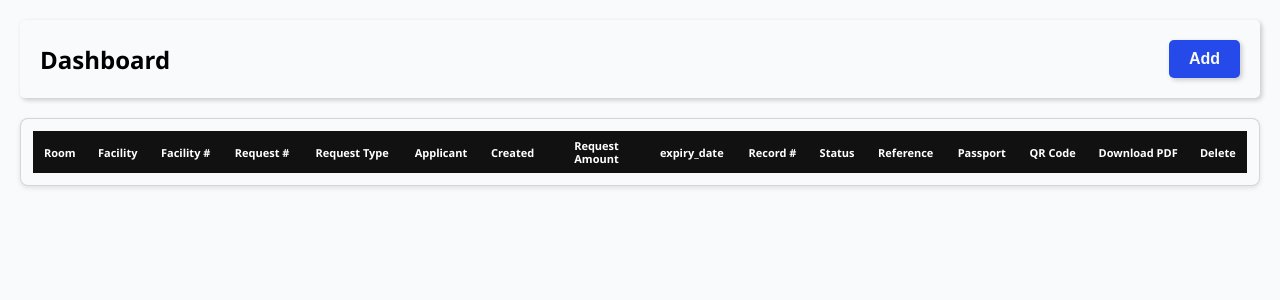
Repository: irfan-shah-sherani/Travel-Tour
Page: public/index.html
The author's editor kept a copy of each file at every save. The page is drawn from the files as they stood at one save, then again after a run of saves.
The browser window is 1280 px wide. The pictures show the whole page.
The page's requests for data from a server got no answer.

Above is the page before, as saved 2025-07-11 04:52:26.

### public/index.html
<!DOCTYPE html>
<html lang="en">

<head>
  <meta charset="UTF-8" />
  <meta name="viewport" content="width=device-width, initial-scale=1.0" />
  <title>Dashboard</title>
  <link rel="stylesheet" href="index.css" />
  <!-- <link
      rel="stylesheet"
      href="/public/Dashboard.css"
      integrity="sha512-..."
      crossorigin="anonymous"
      referrerpolicy="no-referrer"
    /> -->
</head>

<body>
  <main>
    <!-- main content -->
    <div class="main-content">
      <!-- TOP-nav -->
      <nav class="main-nav">
        <div class="page-name">
          <i class="fas fa-bars"></i>
          <p>Dashboard</p>
        </div>
        <div class="button">
          <button id="addPersonBtn">Add</button>
        </div>
      </nav>

      <!-- main content  end -->
      <div class="table-container">
        <table>
          <tr>
            <th>Room</th>
          <th>Facility</th>
          <th>Facility #</th>
          <th>Request #</th>
          <th>Request Type</th>
          <th>Applicant</th>
          <th>Created</th>
          <th>Request Amount</th>
          <th>expiry_date</th>
          <th>Record #</th>
          <th>Status</th>
          <th>Reference</th>
          <th>Passport</th>
          <th>QR Code</th>
          <th>Download PDF</th>
          <th>Delete</th>
          </tr>
          <tbody id="person-table-body">
            <!-- JS will populate this -->
          </tbody>
        </table>

        <!-- ✅ Place script here -->
        <script>
  fetch("/api/")
    .then((res) => res.json())
    .then((data) => {
      const tbody = document.getElementById("person-table-body");
      tbody.innerHTML = "";
      data.forEach((record) => {
        const tr = document.createElement("tr");
        tr.innerHTML = `
          <td>${record.record_id}</td>
          <td>${record.room_name}</td>
          <td>${record.facility_name}</td>
          <td>${record.facility_number}</td>
          <td>${record.request_number}</td>
          <td>${record.request_type}</td>
          <td>${record.applicant_name}</td>
          <td>${record.creation_date}</td>
          <td>${record.request_amount}</td>
          <td>${record.expiry_date}</td>
          <td>${record.record_number}</td>
          <td>${record.request_status}</td>
          <td>${record.reference_number}</td>
          <td>${record.passport_number}</td>
          <td>${record.qrcode_url ? `<img src="${record.qrcode_url}" class="qr-img" alt="QR Code">` : "No QR"}</td>
          <td>
            <a href="/api/download-pdf?token=${record.qr_token}">
              <button type="button">Download PDF</button>
            </a>
          </td>
          <td>
            <form action="/delete/${record.qr_token}" method="POST" onsubmit="return confirm('Are you sure you want to delete this record?');">
              <button type="submit">Delete</button>
            </form>
          </td>
        `;

                tbody.appendChild(tr);
              });
            });
        </script>
        </table>
      </div>

      <!-- Trigger Button OUTSIDE -->
      <!-- Add Room Form (initially hidden in CSS or JS) -->
      <div class="add-new add-new-person">
        <h2 class="form-title">Add New Person</h2>
        <form class="person-form" action="/" method="POST">
          <div class="inputForm">
            <!-- Left Side -->
            <div class="left-side">
              <div class="form-group">
                <label for="room_number">Room No </label>
                <input type="text" id="room_number" name="room_number" required />
              </div>

              <div class="form-group">
                <label for="facility_name">Facility Name </label>
                <input type="text" id="facility_name" name="facility_name" required />
              </div>

              <div class="form-group">
                <label for="facility_number">Facility number </label>
                <input type="text" id="facility_number" name="facility_number" required />
              </div>

              <div class="form-group">
                <label for="request_number">Request number </label>
                <input type="number" id="request_number" name="request_number" step="0.01" required />
              </div>

              <div class="form-group">
                <label for="request_type">Request Type</label>
                <input type="text" id="request_type" name="request_type" required />
              </div>
            </div>

            <!-- Center Side -->
            <div class="center-side">
              <div class="form-group">
                <label for="applicant">Applicant</label>
                <input type="text" id="applicant" name="applicant" />
              </div>

              <div class="form-group">
                <label for="created">Created</label>
                <input type="text" id="created" name="created" />
              </div>

              <div class="form-group">
                <label for="amount">Amount</label>
                <input type="text" id="amount" name="amount" />
              </div>

              <div class="form-group">
                <label for="expiry">Expiry</label>
                <input type="text" id="expiry" name="expiry" />
              </div>

              <div class="form-group">
                <label for="record_number">Record number</label>
                <input type="text" id="record_number" name="record_number" />
              </div>
            </div>

            <!-- Right Side -->
            <div class="right-side">
              <div class="form-group">
                <label for="status">Status</label>
                <input type="text" id="status" name="status" />
              </div>

              <div class="form-group">
                <label for="reference_number">Reference number</label>
                <input type="text" id="reference_number" name="reference_number" />
              </div>

              <div class="form-group">
                <label for="passport_number">Passport number</label>
                <input type="text" id="passport_number" name="passport_number" />
              </div>

            </div>
          </div>

          <div class="button-group">
            <button type="button" class="cancelbtn">Cancel</button>
            <button type="submit" class="submit-person-btn">Add Person</button>
          </div>
        </form>
      </div>

    </div>
  </main>
  <script src="index.js"></script>
</body>

</html>

### public/index.css
* {
  margin: 0;
  padding: 0;
  box-sizing: border-box;
}
:root {
  --primary-gradient: linear-gradient(135deg, #667eea 0%, #764ba2 100%);
  --card-shadow: 0 4px 6px rgba(0, 0, 0, 0.1);
  --card-hover-shadow: 0 8px 15px rgba(0, 0, 0, 0.2);
}
body {
  font-family: "Segoe UI", Tahoma, Geneva, Verdana, sans-serif;
  background-color: #f8fafc;
}
main {
  display: flex;
  /* display: flex; */
}
/* .sidebar {
  position: fixed;
  display: flex;
  align-items: center;
  flex-direction: column;
  width: 250px;
  height: 100vh;
  padding: 20px;
  background: var(--primary-gradient);
  border-radius: 10px 0px 0px 10px;
  color: #f8fafc;
}
.cross-icon {
  display: none;
  justify-content: right;
  color: #f8fafc;
  font-size: 2rem;
  cursor: pointer;
}
.logo {
  display: flex;
  align-items: center;
  gap: 10px;
  margin-bottom: 10px;
  border-bottom: 1px solid rgba(255, 255, 255, 1);
  padding-bottom: 20px;
}
.logo p {
  font-size: 24px;
  font-weight: 600;
}
.sidebar img {
  display: block;
  width: 50px;
  height: 50px;
  object-fit: cover;
  object-position: center;
  border-radius: 5px;
}
.logo hr {
  width: 100px;
  height: 2px;
  color: rgba(255, 255, 255, 0.1);
}
.links ul li {
  list-style: none;
  margin: 5px;
}
.links ul li a {
  display: flex;
  padding-left: 20px;
  align-items: center;
  width: 200px;
  height: 50px;
  text-decoration: none;
  gap: 10px;
  border-radius: 10px;
  transition: all 0.3s ease;
  color: rgba(255, 255, 255, 0.85);
}
.links ul li a:hover {
  background-color: rgba(255, 255, 255, 0.1);
  transform: translateX(5px);
}
.links ul li a.active {
  background-color: rgba(255, 255, 255, 0.1);
  transform: translateX(5px);
} */
/* main content */
.main-content {
  display: flex;
  /* margin-left: 250px; */
  flex-direction: column;
  background-color: #f8fafc;
  width: 100%;
  padding: 20px;
  gap: 20px;
}
.main-content nav {
  display: flex;
  justify-content: space-between;
  align-items: center;
  border-radius: 5px;
  width: 100%;
  background-color: #f8fafc;
  padding: 20px;
  box-shadow: 2px 2px 5px rgba(0, 0, 0, 0.2);
}
.page-name {
  display: flex;
  align-items: center;
  gap: 10px;
}
.page-name p {
  font-size: 24px;
  font-weight: 600;
}
.page-name i {
  display: none;
  cursor: pointer;
  font-size: 24px;
  font-weight: 600;
}
.button {
  display: flex;
  align-items: center;
  gap: 10px;
}
.button button {
  padding: 10px 20px;
  border-radius: 5px;
  border: none;
  background-color: #264ae9;
  color: #f8fafc;
  font-size: 16px;
  font-weight: 600;
  box-shadow: 2px 2px 5px rgba(0, 0, 0, 0.2);
  cursor: pointer;
  transition: all 0.05s ease-in-out;
}
.button button:hover {
  transform: translateY(2px);
}

/* table */
/* General Table Styling */
.table-container {
  width: 100%;
  overflow-x: auto;
  background-color: #f8fafc;
  border-radius: 8px;
  border: 1px solid rgba(0, 0, 0, 0.15);
  box-shadow: 0 2px 5px rgba(0, 0, 0, 0.1);
  padding: 12px;
  box-sizing: border-box;
}

/* Table Reset */
table {
  width: 100%;
  border-collapse: collapse;
  font-size: 11px;
  table-layout: auto;
}

/* Table Header */
.table-container table th {
  background-color: #111;
  color: #fff;
  font-weight: 600;
  font-size: 11px;
  padding: 8px;
  text-align: center;
  vertical-align: middle;
  white-space: normal;
  line-height: 1.2;
  word-break: break-word;
}

/* Force words like "Request Number" to wrap into 2 lines */
.table-container table th {
  max-width: 90px;
}

/* Table Body */
.table-container table td {
  white-space: nowrap;
  text-align: center;
  vertical-align: middle;
  padding: 8px 6px;
}

/* Row Hover Effect */
.table-container table tr:hover {
  background-color: #e2e8f0;
  transition: background-color 0.2s;
}

/* Button Styling */
.btn {
  padding: 4px 8px;
  font-size: 10px;
  border-radius: 4px;
  border: none;
  cursor: pointer;
  transition: 0.2s;
}

/* Delete Button */
.delete-form {
  border: 1px solid #ef4444;
  color: #ef4444;
  background: transparent;
}
.delete-form:hover {
  background-color: #fee2e2;
}

/* Download Button (optional styling) */
.download-btn {
  background-color: #2563eb;
  color: white;
  border: none;
}
.download-btn:hover {
  background-color: #1d4ed8;
}

.add-new {
  display: none;
  width: 80%;
  max-height: 90vh; /* limit height */
  overflow-y: auto;  /* enable scroll if content too tall */
  position: absolute;
  top: 50%;
  left: 50%;
  transform: translate(-50%, -50%);
  background-color: white;
  padding: 20px;
  border-radius: 8px;
  box-shadow: 0 0 10px rgba(0, 0, 0, 0.5);
  font-family: Arial, sans-serif;
  z-index: 10;
}

.form-title {
  font-size: 24px;
  font-weight: 600;
  margin-bottom: 10px;
}

/* Reduce spacing */
.person-form {
  display: flex;
  flex-direction: column;
  gap: 10px;
}

.inputForm {
  display: flex;
  justify-content: space-between;
  gap: 20px;
}

/* Equal columns */
.left-side,
.center-side,
.right-side {
  flex: 1;
}
label {
  font-size: 14px;
  font-weight: 500;
  margin-bottom: 5px;
}
/* Compact input spacing */
.form-group {
  display: flex;
  flex-direction: column;
  margin-bottom: 10px;
}

input,
textarea,
select {
  padding: 5px;
  font-size: 16px;
}

/* Buttons */
.button-group {
  display: flex;
  justify-content: flex-end;
  gap: 10px;
  margin-top: 0px;
}

button {
  padding: 8px;
  font-size: 13px;
  border: none;
  border-radius: 5px;
  cursor: pointer;
}

.cancel-person-btn {
  background-color: #6c757d;
  color: white;
}

.submit-person-btn {
  background-color: #007bff;
  color: white;
}

/* Responsive */
@media (max-width: 768px) {
  .inputForm {
    flex-direction: column;
  }

  .left-side,
  .center-side,
  .right-side {
    width: 100%;
  }
}
.qr-img {
  width: 30px;
  height: 30px;
  object-fit: contain;
  display: block;
}

### public/index.js
const addPersonBtn = document.getElementById("addPersonBtn");
const addNewPerson = document.querySelector(".add-new");
const cancelPersonBtn = document.querySelector(".cancelbtn");
const submitPersonBtn = document.querySelector(".submit-person-btn");

addPersonBtn?.addEventListener("click", () => {
  addNewPerson.style.display = "block";
});

cancelPersonBtn?.addEventListener("click", () => {
  addNewPerson.style.display = "none";
});

submitPersonBtn?.addEventListener("click", () => {
  addNewPerson.style.display = "none";
});

After the next 2 saves:
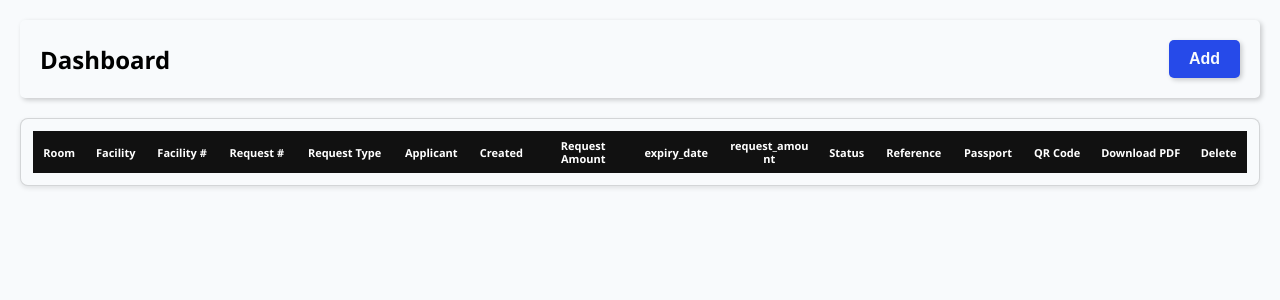
The 2 saves are shown as one change because they came seconds apart.
The last was saved 14 s later.
--- a/public/index.html
+++ b/public/index.html
@@ -43,7 +43,7 @@
           <th>Created</th>
           <th>Request Amount</th>
           <th>expiry_date</th>
-          <th>Record #</th>
+          <th>request_amount </th>
           <th>Status</th>
           <th>Reference</th>
           <th>Passport</th>
